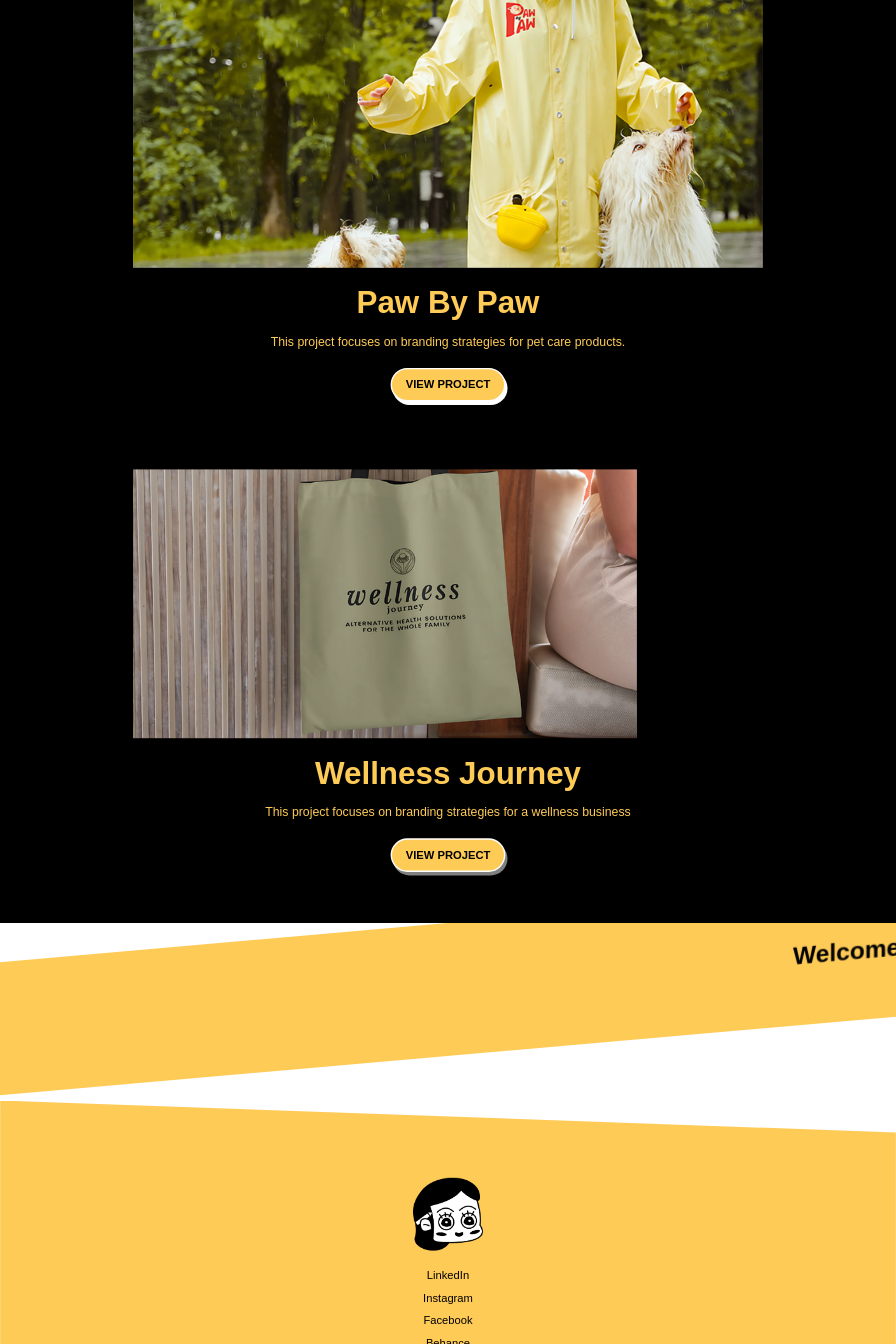
Repository: leslie179/portfolio-new
Page: /
The author's editor kept a copy of each file at every save. The page is drawn from the files as they stood at one save, then again after the next save.
The browser window is 1280 px wide. The pictures show the part of the page from y = 971 to 2891 px (the page is 3000 px tall), at 70% of full size.
The project was rebuilt for these pictures with package versions that can differ from the ones it lists, and the page was loaded fresh each time. The framework's server and built-in components were replaced by stand-ins that run in the browser. Also part of the build but not shown: next.config.mjs.

Above is the page before, as saved 2025-01-20 15:07:19.

### pages/index.js
import Head from 'next/head';

import Footer from '@/components/Footer';
import BlockOne from '@/components/BlockOne';
import BlockTwo from '@/components/BlockTwo';
import BlockThree from '@/components/BlockThree';
import Banner from '@/components/Banner';


export default function Home() {
  return (
    <>
      <Head>
        <title>Create Next App</title>
        <meta name="description" content="Generated by create next app" />
        <meta name="viewport" content="width=device-width, initial-scale=1" />
        <link rel="icon" href="/favicon.ico" />
      </Head>
      <main>

        <BlockOne />
        <BlockTwo />
        <BlockThree />
        <Banner />
        <Footer />
      </main> {/* Close the main tag properly */}
    </>
  );
}

### styles/globals.css
@tailwind base;
@tailwind components;
@tailwind utilities;

:root {
  --background: #ffffff;
  --foreground: #171717;
  --yellow: #FFCB57;
}

@media (prefers-color-scheme: dark) {
  :root {
    --background: #0a0a0a;
    --foreground: #ededed;
  }
}

body {
  color: var(--foreground);
  background: var(--background);
  font-family: Arial, Helvetica, sans-serif;
}

### components/Footer/index.js
import React from 'react';
import styles from './Footer.module.css';

const Footer = () => {
    return (
        <div className={styles.Footer}>
            <div className={styles.banner}>
                <div className={styles.bannerContent}>
                    <span>Your Moving Banner Text Goes Here</span>
                </div>
            </div>
            <div className={styles.container}>
                <div className={styles.imgColumn}>
                    <img src="/site-photos/site-main-logo.png" alt="Site Logo" />
                </div>
                <div className={styles.column}>
                    <div className={styles.links}>
                        <a href="https://www.linkedin.com/in/leslie--chan/">LinkedIn</a>
                        <a href="https://www.instagram.com/glassslipperstudio_/">Instagram</a>
                        <a href="https://www.facebook.com/saveyoursanitydesings/">Facebook</a>
                        <a href="https://www.behance.net/lesliechan19">Behance</a>
                    </div>
                </div>
                <div className={styles.column}>
                    <a href="mailto:lesliecbusiness@gmail.com">lesliecbusiness@gmail.com</a>
                </div>
            </div>
        </div>
    );
};

export default Footer;

### components/BlockOne/index.js
import React from 'react';
import styles from './BlockOne.module.css'; // Specific styles for this block

const BlockOne = () => {
    return (
        <div className={styles.stickyBlock}>
            <div className={styles.spacer}></div>  {/* Invisible spacer */}
            <h1 className={styles.h1}>Projects</h1>
            <img src="/site-photos/Candl1.png" alt="Candl Branding" />
            <h2 className={styles.h2}>Candl</h2>
            <p className={styles.pp}>This project is about innovating candle design and marketing strategies.</p>
            <button className={styles.button}>VIEW PROJECT</button>
        </div>
    );
};


export default BlockOne;

### components/BlockTwo/index.js
import React from 'react';
import styles from './BlockTwo.module.css';

const BlockTwo = () => {
    return (
        <div className={styles.stickyBlock}>
            <img src="/site-photos/pawpaw.png" alt="Paw By Paw Branding" />
            <h2 className={styles.h2}>Paw By Paw</h2>
            <p className={styles.pp}>This project focuses on branding strategies for pet care products.</p>
            <button className={styles.button}>VIEW PROJECT</button>
        </div>
    );
};

export default BlockTwo;

### components/BlockThree/index.js
import React from 'react';
import styles from './BlockThree.module.css'; // Import your CSS module

const BlockThree = () => {
    return (
        <div className={styles.stickyBlock}>
            {/* Added a container div for the image to handle the flip animation */}
            <div className={styles.flipContainer}>
                <img src="/site-photos/Wellness-Journey2.png" alt="Wellness-Journey-Branding" className={styles.flipImage}/>
            </div>
            <h2 className={styles.h2}>Wellness Journey</h2>
            <p className={styles.pp}>This project focuses on branding strategies for a wellness business</p>
            <button className={styles.button}>VIEW PROJECT</button>
        </div>
    );
};

export default BlockThree;

### components/Banner/index.js
import styles from './Banner.module.css';

export default function Banner() {
  return (
    <div className={styles.bannerContainer}>
      <div className={styles.banner}>
        <span className={styles.bannerItem}>Welcome to my site!</span>
        <span className={styles.bannerItem}>🖤</span>
        <span className={styles.bannerItem}>Check out my portfolio!</span>
        <span className={styles.bannerItem}>🖤</span>
        <span className={styles.bannerItem}>Contact me for work opportunities!</span>
        <span className={styles.bannerItem}>🖤</span>


        <span className={styles.bannerItem}>Welcome to my site!</span>
        <span className={styles.bannerItem}>🖤</span>
        <span className={styles.bannerItem}>Check out my portfolio!</span>
        <span className={styles.bannerItem}>🖤</span>
        <span className={styles.bannerItem}>Contact me for work opportunities!</span>
        <span className={styles.bannerItem}>🖤</span>
      </div>
    </div>
  );
}

### components/Footer/Footer.module.css
.Footer {
    position: relative;
    z-index: 10;
    background-color: var(--yellow);
    padding: 50px 20px;
    text-align: center;
    clip-path: polygon(0 0, 100% 10%, 100% 100%, 0 100%);
    margin-top: 4rem;
    overflow-x: hidden;
}

.banner {
    position: absolute;
    top: -50px; /* Adjust as needed */
    width: 100%;
    height: 50px;
    overflow: hidden; /* Keeps the text within the banner */
    background-color: black;
    z-index: 11;
}

.bannerContent {
    display: inline-block;
    white-space: nowrap; /* Prevents line breaks */
    animation: scrollText 10s linear infinite; /* Apply scrolling animation */
    background-color: transparent; /* Ensure no background obscures the text */
    color: white;
    font-size: 1.5rem;
    font-weight: bold;
    visibility: visible;
    z-index: 11; /* Ensure it's visible */
}

.bannerContent span {
    font-size: 2rem; /* Large font size for visibility */
    font-weight: bold;
    z-index: 11;
}


/* Scrolling animation */
@keyframes scrollText {
    0% {
        transform: translateX(100%); /* Start off-screen to the right */
    }
    100% {
        transform: translateX(-100%); /* End off-screen to the left */
    }
}
.container {
    position: relative;
    display: flex;
    flex-direction: column;
    align-items: center;
    gap: 1rem;
    padding-top: 60px;
}

.imgColumn img {
    width: 100px;
    height: auto;
}

.column {
    text-align: center;
}

.links a {
    display: block;
    margin: 0.5rem 0;
    color: black;
    text-decoration: none;
}

.links a:hover {
    color: #007bff;
}

### components/BlockOne/BlockOne.module.css
.stickyBlock {
    position: sticky;
    top: 0;
    z-index: 1;
    background: black;
    height: 118vh;
    display: flex;
    flex-direction: column;
    align-items: center;

    text-align: center;
    padding: 0 5%;
    padding-bottom: 15%;
}

.spacer {

    height: 10%; /* Adjust the height to control the space */
}

.h1{
    color: var(--yellow); /* Ensure your --yellow variable is defined */
    font-family: 'NickySans', Arial, Helvetica, sans-serif;
    font-weight: 900; /* Bold weight */
    font-size: 2.8rem; /* Increase font size */
    justify-content: center;
    text-align: center;
    margin-bottom: 4%;
}

/* Heading (h2) style */
.h2 {
     color: var(--yellow); /* Ensure your --yellow variable is defined */
    font-family: 'NickySans', Arial, Helvetica, sans-serif;
    font-weight: 900;
    font-size: 2.8rem;
    margin-bottom: 0.5rem; /* Reduced bottom margin */
    text-align: center;
}

.button {
    background-color: var(--yellow); /* Adjust the color to match your design */
    color: black; /* Text color */
    border: none; /* No border */
    padding: 10px 20px; /* Padding inside the button */
    font-size: 1rem; /* Text size */
    border-radius: 30px; /* Rounded corners */
    cursor: pointer; /* Cursor changes to pointer on hover */
    text-transform: uppercase; /* Uppercase text */
    font-weight: bold; /* Bold text */

    /* White Shadow effect */
    box-shadow: 3px 5px 0px rgba(255, 255, 255, 3); /* Horizontal offset, vertical offset, blur radius, and white color with 50% opacity */
    border: 2px solid white;
    /* Smooth transition for hover effects */
    transition: box-shadow 0.3s ease-in-out, transform 0.3s ease-in-out;

}

.button:hover {
    /* More pronounced white shadow on hover */
    transform: rotate(-7deg);
    color: #1580fb;
}

/* Paragraph (p) style */
.pp {
    color: var(--yellow); /* Ensure your --yellow variable is defined */
    font-family: 'NickySans', Arial, Helvetica, sans-serif;
    font-weight: 400; /* Normal font weight */
    font-size: 1.1rem; /* Increase font size */
    margin-bottom: 1.5rem;
    max-width: 70%; /* Limit text width for better readability */
    line-height: 1.6; /* Improve text readability */
}

/* Styling for Images */
.stickyBlock img {
    width: 80%; /* Increase image size for full-screen displays */
    height: auto; /* Maintain aspect ratio */
    max-width: 900px; /* Limit max width for very large screens */
    margin-bottom: 1rem;
}

/* Responsive Design for Tablets */
@media (max-width: 768px) {
    .stickyBlock {
        height: 120vh; /* Slightly smaller height on tablets */
        padding: 0 3%; /* Reduce padding */
    }

    .stickyBlock img {
        width: 90%; /* Adjust image size for smaller screens */
    }

    .h2 {
        font-size: 2rem; /* Reduce font size for headings */
    }

    .pp {
        font-size: 1.3rem; /* Reduce font size for paragraphs */
        max-width: 90%; /* Adjust text width */
    }
}

/* Responsive Design for Mobile Devices */
@media (max-width: 480px) {
    .stickyBlock {
        height: 120vh; /* Further reduce height for mobile screens */
        padding: 0 2%; /* Reduce padding */
    }

    .stickyBlock img {
        width: 100%; /* Full width for images on mobile */
    }

    .h2 {
        font-size: 2rem; /* Reduce font size for headings */
    }

    .pp {
        font-size: 1rem; /* Smaller font size for paragraphs */
        max-width: 100%; /* Allow full-width text */
    }
}

### components/BlockTwo/BlockTwo.module.css
.stickyBlock {
    position: sticky;
    top: 0; /* Sticks to the top of the viewport */
    z-index: 2; /* Ensure it appears below the next block */
    background: black;
    height: 100vh; /* Full viewport height for consistency */
    display: flex;
    flex-direction: column;
    align-items: center; /* Horizontal centering */
    justify-content: center; /* Vertical centering */
    text-align: center;
    padding: 0 5%; /* Adjust padding for better spacing */
}

/* Heading (h2) style */
.h2 {
    color: var(--yellow); /* Ensure your --yellow variable is defined */
    font-family: 'NickySans', Arial, Helvetica, sans-serif;
    font-weight: 900;
    font-size: 2.8rem;
    margin-bottom: 0.5rem; /* Reduced bottom margin */
    text-align: center;
}

/* Paragraph (p) style */
.pp {
    color: var(--yellow); /* Ensure your --yellow variable is defined */
    font-family: 'NickySans', Arial, Helvetica, sans-serif;
    font-weight: 400; /* Normal font weight */
    font-size: 1.1rem; /* Increase font size */
    margin-bottom: 1.5rem;
    max-width: 70%; /* Limit text width for better readability */
    line-height: 1.6; /* Improve text readability */
}

/* Styling for Images */
.stickyBlock img {
    width: 80%; /* Increase image size for full-screen displays */
    height: auto; /* Maintain aspect ratio */
    max-width: 900px; /* Limit max width for very large screens */
    margin-bottom: 1rem;
}

.button {
    background-color: var(--yellow); /* Adjust the color to match your design */
    color: black; /* Text color */
    border: none; /* No border */
    padding: 10px 20px; /* Padding inside the button */
    font-size: 1rem; /* Text size */
    border-radius: 30px; /* Rounded corners */
    cursor: pointer; /* Cursor changes to pointer on hover */
    text-transform: uppercase; /* Uppercase text */
    font-weight: bold; /* Bold text */

    /* White Shadow effect */
    box-shadow: 3px 5px 0px rgba(255, 255, 255, 3); /* Horizontal offset, vertical offset, blur radius, and white color with 50% opacity */
    border: 2px solid white;
    /* Smooth transition for hover effects */
    transition: box-shadow 0.3s ease-in-out, transform 0.3s ease-in-out;

}

.button:hover {
    /* More pronounced white shadow on hover */
    transform: rotate(-7deg);
    color: #1580fb;
}


/* Responsive Design for Tablets */
@media (max-width: 768px) {
    .stickyBlock {
        height: 90vh; /* Slightly smaller height on tablets */
        padding: 0 3%; /* Reduce padding */
    }

    .stickyBlock img {
        width: 90%; /* Adjust image size for smaller screens */
    }

    .h2 {
        font-size: 2.5rem; /* Reduce font size for headings */
    }

    .pp {
        font-size: 1.3rem; /* Reduce font size for paragraphs */
        max-width: 90%; /* Adjust text width */
    }
}

/* Responsive Design for Mobile Devices */
@media (max-width: 480px) {
    .stickyBlock {
        height: 80vh; /* Further reduce height for mobile screens */
        padding: 0 2%; /* Reduce padding */
    }

    .stickyBlock img {
        width: 100%; /* Full width for images on mobile */
    }

    .h2 {
        font-size: 2rem; /* Smaller font size for headings */
    }

    .pp {
        font-size: 1rem; /* Smaller font size for paragraphs */
        max-width: 100%; /* Allow full-width text */
    }
}

### components/BlockThree/BlockThree.module.css


.stickyBlock {
    display: flex;
    flex-direction: column;
    align-items: center;
    justify-content: center;
    text-align: center;
    position: sticky;
    top: 0;
    z-index: 3;
    height: 100vh;
    background: black;
    padding: 20px;
    overflow: hidden;  /* Prevents accidental overflow */
}

.h2 {
    color: var(--yellow);
    font-family: 'NickySans', Arial, Helvetica, sans-serif;
    font-weight: 900;
    font-size: 2.8rem;
    margin-bottom: 0.5rem;
    text-align: center;
}

.pp {
    color: var(--yellow);
    font-family: 'NickySans', Arial, Helvetica, sans-serif;
    font-weight: 400;
    font-size: 1.1rem;
    margin-bottom: 1.5rem;
    max-width: 70%; /* Limits text width for better readability */
    line-height: 1.6;
}

.stickyBlock img {
    width: 80%; /* Adjusted to scale based on its container */
    height: auto;
    max-width: 900px;
    margin-bottom: 1rem;
    object-fit: cover;  /* Ensures the image covers the area it's supposed to */
}

.button {
    background-color: var(--yellow);
    color: black;
    border: none;
    padding: 10px 20px;
    font-size: 1rem;
    border-radius: 30px;
    cursor: pointer;
    text-transform: uppercase;
    font-weight: bold;
    box-shadow: 3px 5px 0px rgba(255, 255, 255, 0.5);
    border: 2px solid white;
    transition: all 0.3s ease-in-out;
}

.button:hover {
    transform: scale(1.05) rotate(-7deg);
    color: #1580fb;  /* Bright blue for visual feedback */
    box-shadow: 5px 7px 0px rgba(255, 255, 255, 0.7);
}

/* Responsive Design for Tablets */
@media (max-width: 768px) {
    .stickyBlock {
        height: 90vh;
        padding: 0 3%;
    }

    .stickyBlock img {
        width: 90%;
    }

    .h2 {
        font-size: 2.5rem;
    }

    .pp {
        font-size: 1.3rem;
        max-width: 90%;
    }
}

/* Responsive Design for Mobile Devices */
@media (max-width: 480px) {
    .stickyBlock {
        height: 80vh;
        padding: 0 2%;
    }

    .stickyBlock img {
        width: 100%;
    }

    .h2 {
        font-size: 2rem;
    }

    .pp {
        font-size: 1rem;
        max-width: 100%;
    }
}

### components/Banner/Banner.module.css
.bannerContainer {
  width: 100%;
  overflow: hidden;
  background-color: var(--yellow);
  display: flex;
  padding-top: 5%;
  height: 190px;
  top: 0;
  z-index: 20;
  transform: skewY(-5deg);
}


@media (max-width: 768px) {
.bannerContainer {
  padding-bottom: 200px;
}
}


@media (max-width: 480px) {
.bannerContainer {
  padding-bottom: 260px;
}
}

.banner {
  display: flex;
  animation: scroll 20s linear infinite;
  white-space: nowrap;
  transform: skewY(5deg);
}

.bannerItem {
  font-size: 35px;
  font-weight: bold;
  color: #000;
  font-family: 'NickySans', Arial, Helvetica, sans-serif;
  white-space: nowrap;
}

@keyframes scroll {
  from {
    transform: translateX(100%);
  }
  to {
    transform: translateX(-100%);
  }
}

Loaded but not shown: pages/_app.js (common file); pages/_document.js (common file); tailwind.config.mjs (common file)

After the next save:
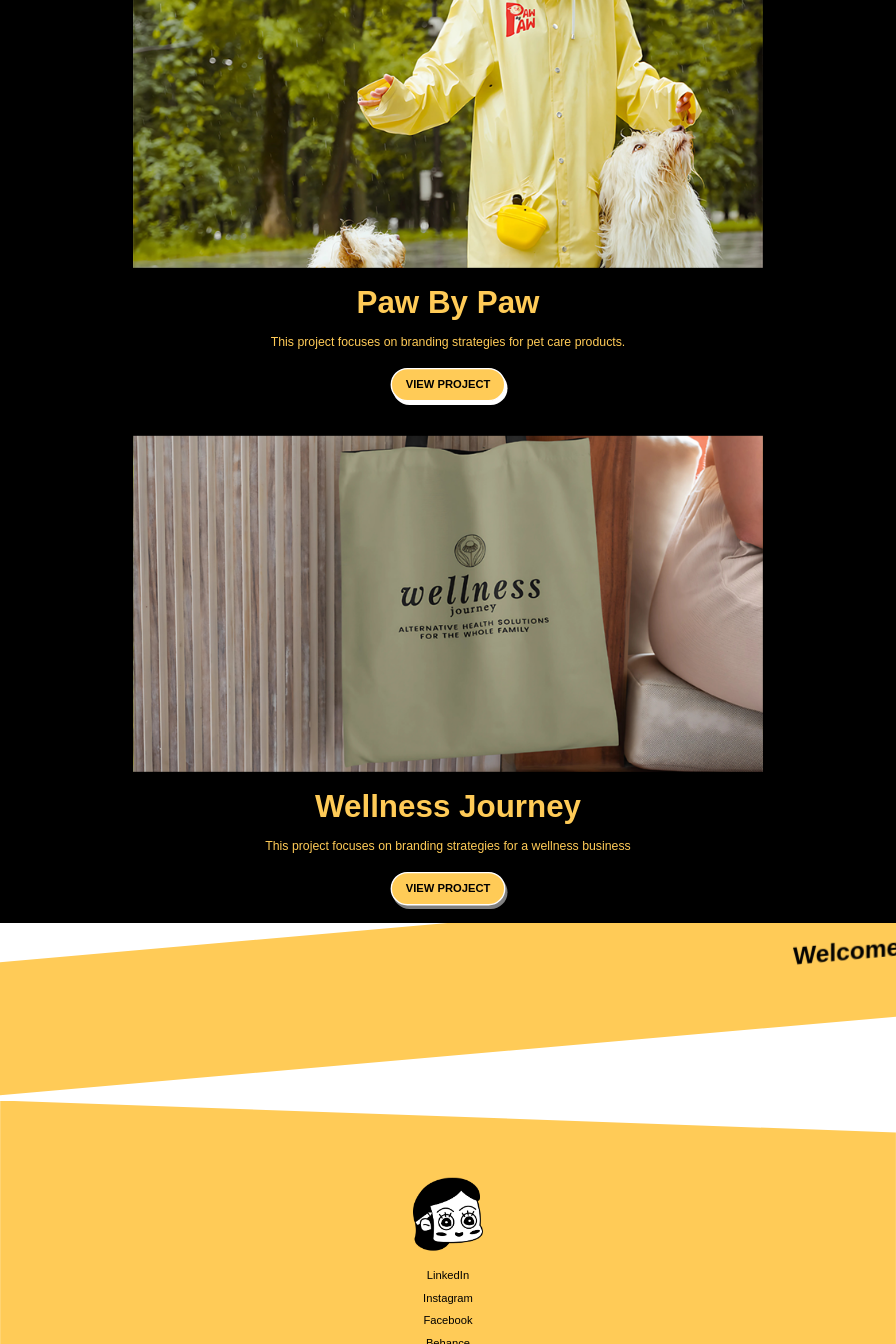
Saved 4 s later.
--- a/components/BlockThree/index.js
+++ b/components/BlockThree/index.js
@@ -1,17 +1,17 @@
 import React from 'react';
-import styles from './BlockThree.module.css'; // Import your CSS module
+import styles from './BlockThree.module.css';
 
 const BlockThree = () => {
     return (
         <div className={styles.stickyBlock}>
-            {/* Added a container div for the image to handle the flip animation */}
-            <div className={styles.flipContainer}>
-                <img src="/site-photos/Wellness-Journey2.png" alt="Wellness-Journey-Branding" className={styles.flipImage}/>
-            </div>
+            <img src="/site-photos/Wellness-Journey2.png" alt="Wellness-Journey-Branding" />
             <h2 className={styles.h2}>Wellness Journey</h2>
+
             <p className={styles.pp}>This project focuses on branding strategies for a wellness business</p>
             <button className={styles.button}>VIEW PROJECT</button>
+
         </div>
+
     );
 };
 
